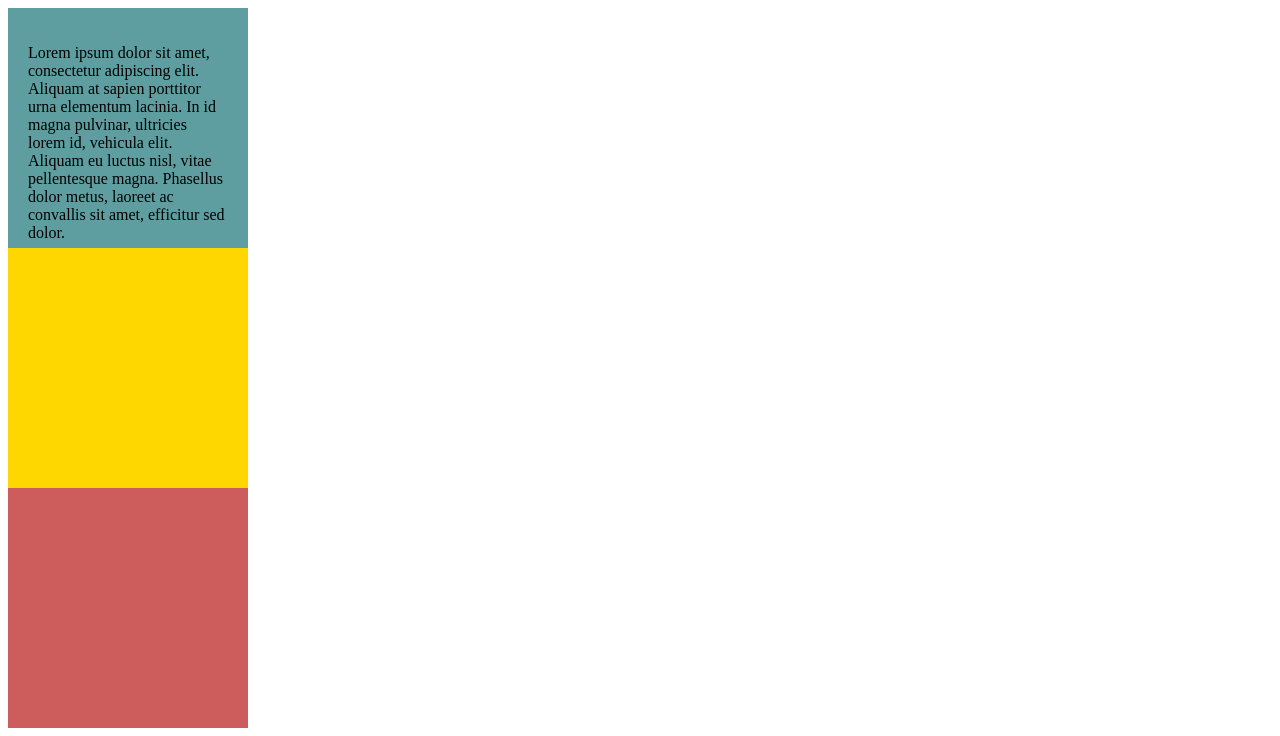
Repository: arzeee/Web_Course
Page: 6.3+CSS+Box+Model/6.3 CSS Box Model/index.html
These files come from the project's save history. The page is drawn as it stood at one moment and after a run of saves; the edit follows.
The browser window is 1280 px wide. The pictures show the whole page.

Above is the page before, as saved 2025-07-04 18:22:02.

After the next 3 saves:
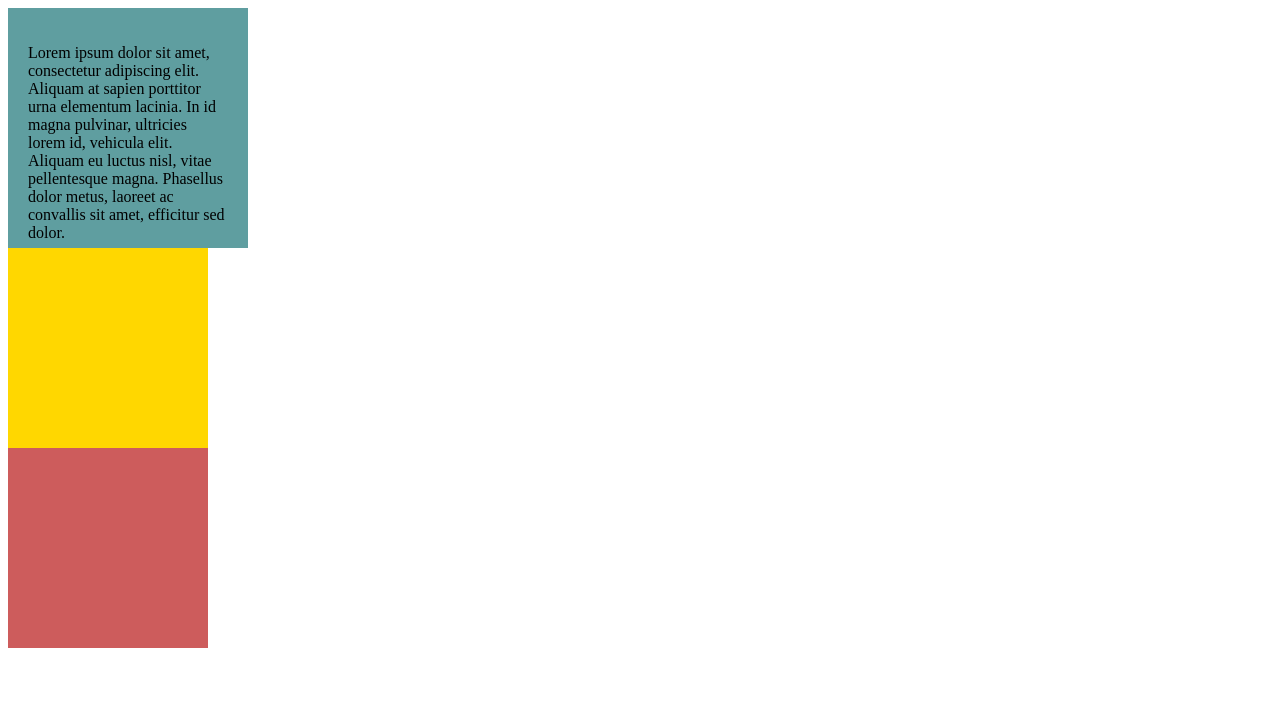
The 3 saves are shown as one change because they came seconds apart.
The last was saved 21 s later.
--- a/6.3+CSS+Box+Model/6.3 CSS Box Model/index.html
+++ b/6.3+CSS+Box+Model/6.3 CSS Box Model/index.html
@@ -10,11 +10,11 @@
     .box {
       height: 200px;
       width: 200px;
-      padding: 20px;
-      border: 10px black;
     }
 
     .box1 {
+      padding: 20px;
+      border: 10px black;
       background-color: cadetblue;
     }
     .box2 {
